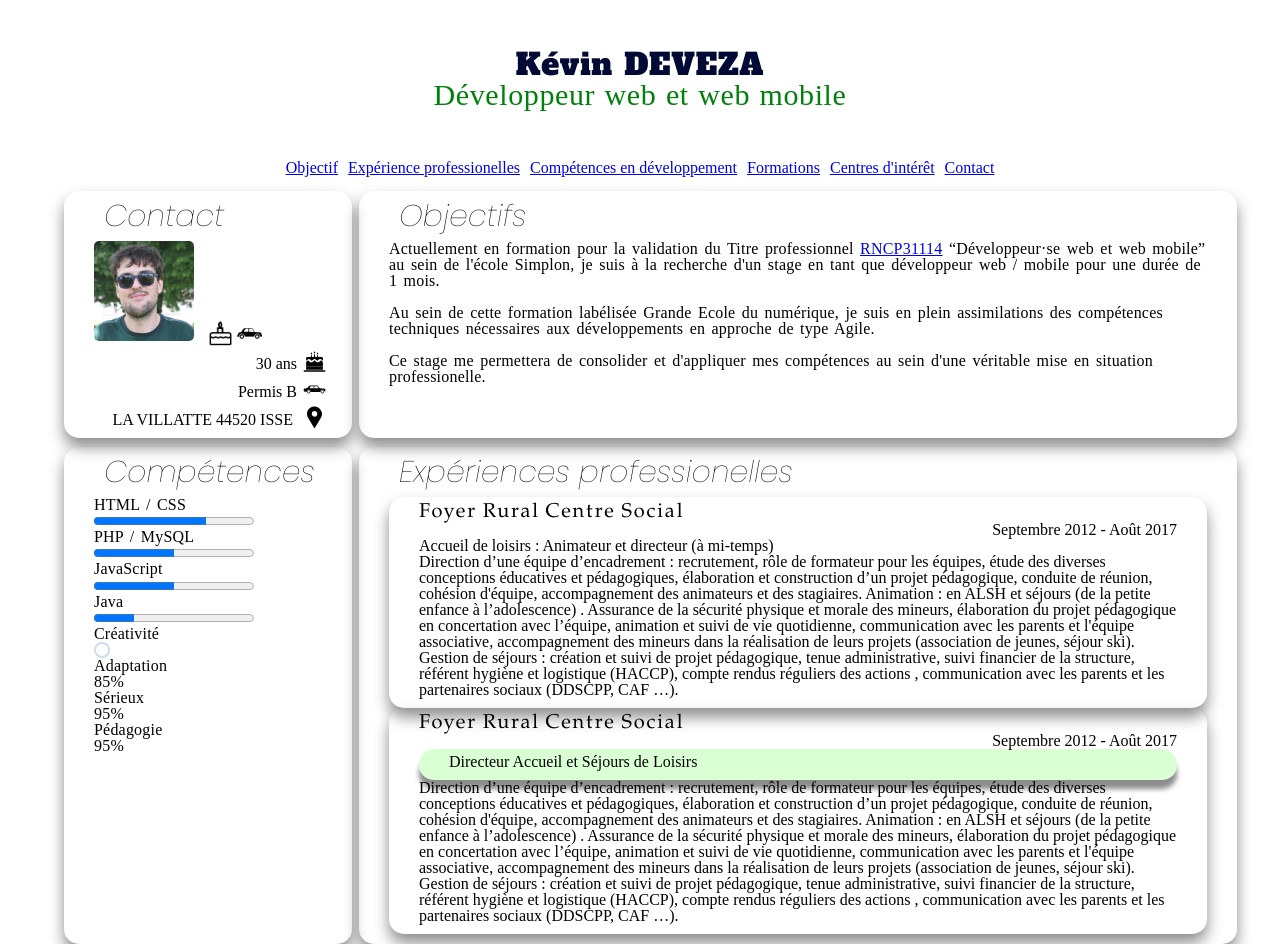
Repository: KevinDvZ/kevindvz.github.io
Page: index.html
An editor plug-in stored every save of this project. The page is shown before and after the next save, followed by the edit.
The browser window is 1280 px wide. The pictures show the whole page.

Above is the page before, as saved 2020-10-31 15:21:45.

After the next save:
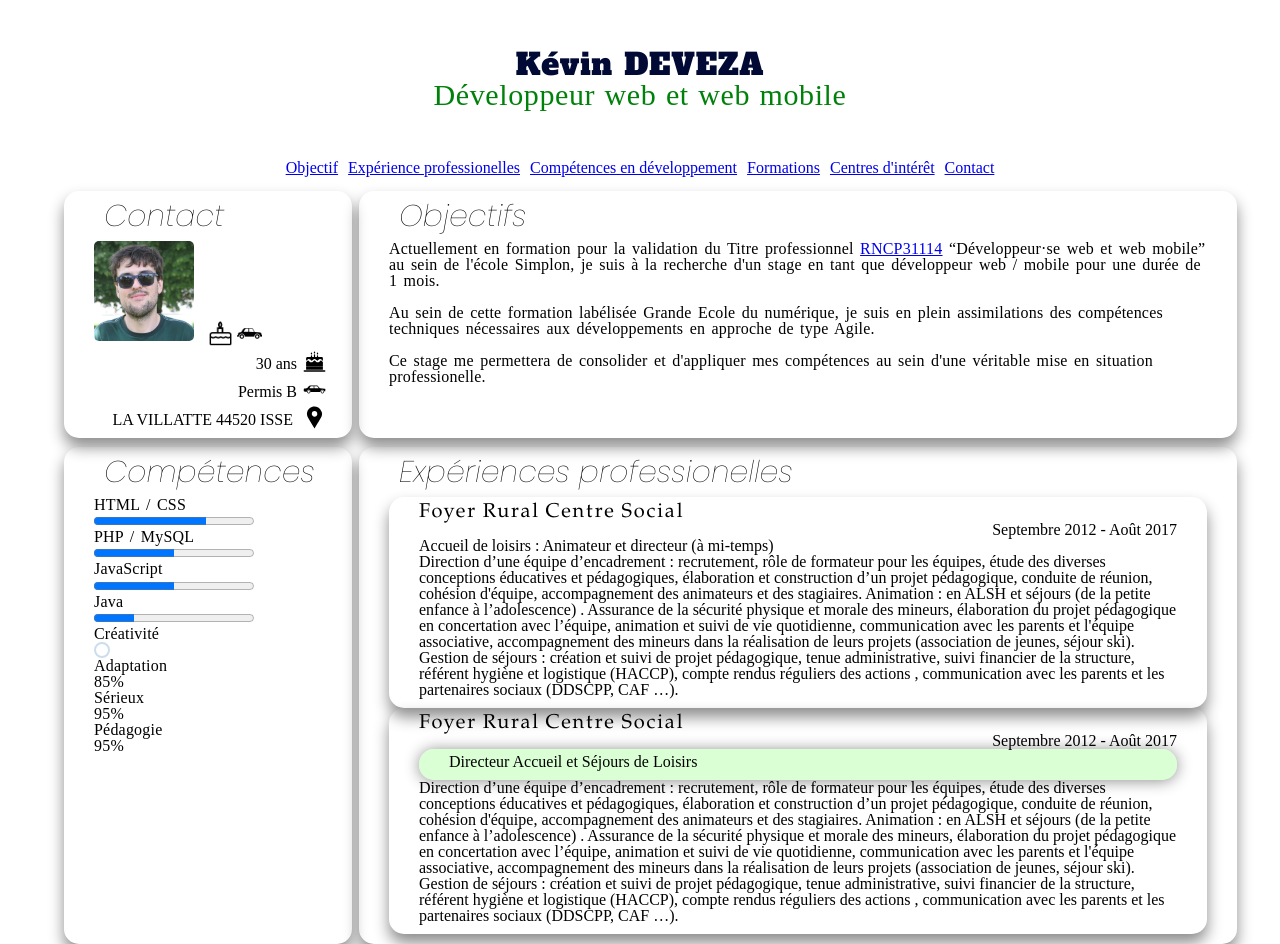
Saved 10 s later.
--- a/css/cv_deveza.css
+++ b/css/cv_deveza.css
@@ -161,6 +161,6 @@ h3 {
 
 #experiences .cadre {
   display: block;
-  box-shadow: 0 9px 5px rgba(0, 0, 0, 0.45);
+  box-shadow: 0 1px 15px rgba(0, 0, 0, 0.45);
   background-color: #bfffb794;
 }
